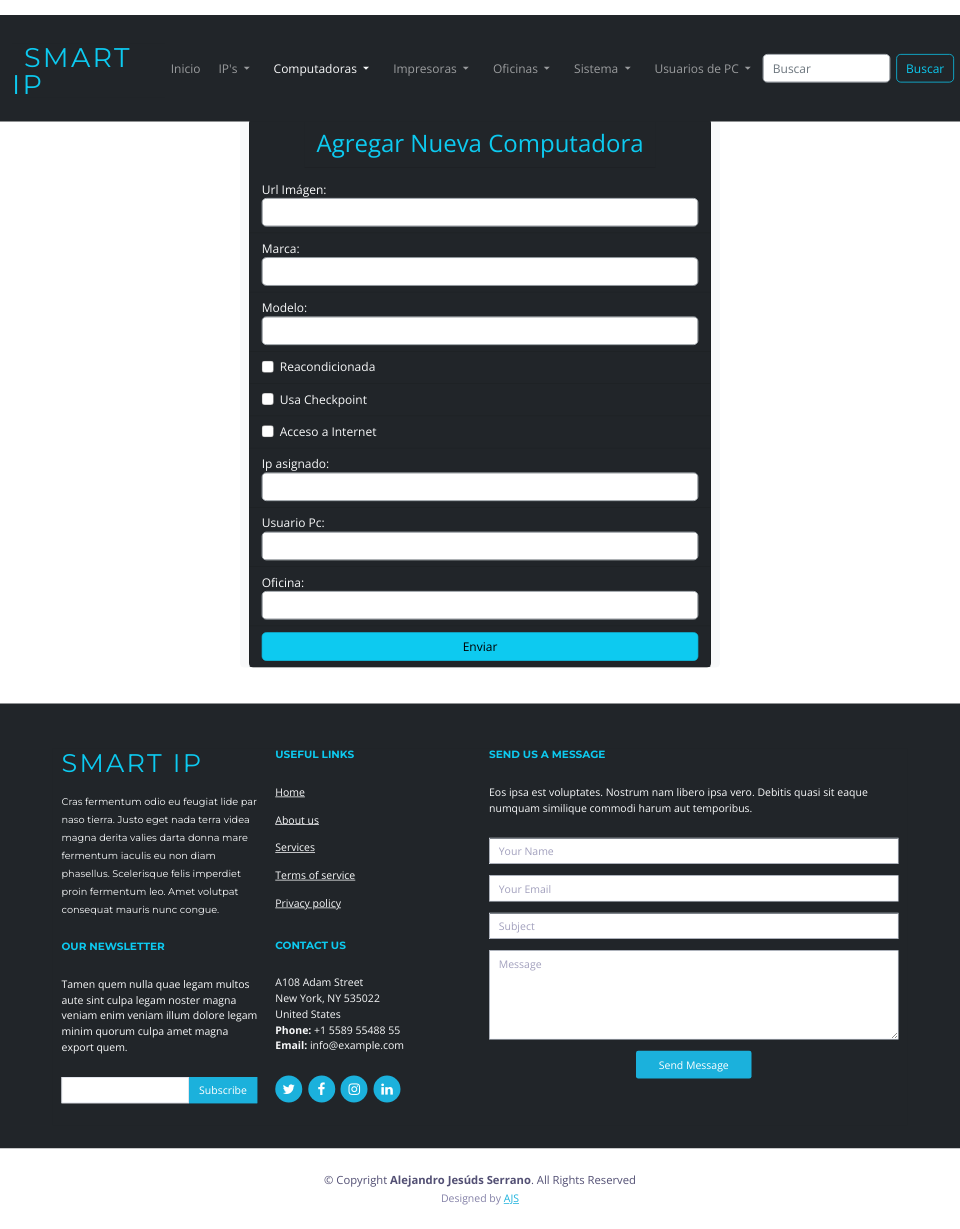
Repository: AlejandroJesusSerrano/SmartIPs
Page: smartip/smartipnav/templates/smartipnav/computer_form.html
These files come from the project's save history. The page is drawn as it stood at one moment and after the next save; the edit follows.
The browser window is 1280 px wide. The pictures show the whole page, at 75% of full size.
The page is served by the project's application, run on Django 4.2 (smartip/manage.py). Other server files are loaded and not shown. The template is opened directly, without the code that normally fills it, so the values that code supplies are empty.

Above is the page before, as saved 2022-11-14 13:32:52.

### smartip/smartipnav/templates/smartipnav/computer_form.html
{% extends 'smartipnav/base.html' %}

{% block computeractive %}
    text-light
{% endblock %}

{% block content %}
<section>
    <div class="container col-lg-6 bg-light rounded">
        <div class="card mx-auto mt-5 bg-dark style="width: 20rem;">
            <div class="card-header bg-dark text-info mx-auto">
                <p class="fs-2 my-0">Agregar Nueva Computadora</p>
            </div>
            <form id=computer_add_form action="" method="post" class="mt-2">
                {% csrf_token %}
                <ul class="list-group list-group-flush">
                    <li class="list-group-item bg-dark">
                        <label class="form-control-label text-light" for="computer_image">Url Imágen: </label>
                        <input class="form-control" type="url" name="computer_image" id="computer_image">
                    </li>
                    <li class="list-group-item bg-dark">
                        <label class="form-control-label text-light" for="computer_brand">Marca: </label>
                        <input class="form-control" type="text" name="computer_brand" id="computer_brand">
                    </li>
                    <li class="list-group-item bg-dark">
                        <label class="form-control-label text-light" for="computer_model">Modelo: </label>
                        <input class="form-control" type="text" name="computer_model" id="computer_model">
                    </li>
                    <li class="list-group-item bg-dark">
                        <div class="form-check">
                            <label class="form-check-label text-light" for="flexCheckReac">
                                Reacondicionada
                            </label>
                            <input class="form-check-input" type="checkbox" value="" id="flexCheckReac">

                        </div>
                    </li>
                    <li class="list-group-item bg-dark">
                        <div class="form-check">
                            <label class="form-check-label text-light" for="flexCheckCheck">
                                Usa Checkpoint
                            </label>
                            <input class="form-check-input textinfo" type="checkbox" value="" id="flexCheckCheck">
                        </div>
                    </li>
                    <li class="list-group-item bg-dark">
                        <div class="form-check">
                            <label class="form-check-label text-light" for="flexCheckInternet">
                                Acceso a Internet
                            </label>
                            <input class="form-check-input" type="checkbox" value="" id="flexCheckInternet">
                        </div>
                    </li>
                    <li class="list-group-item bg-dark">
                        <label class="form-control-label text-light" for="computer_ip">Ip asignado: </label>
                        <input class="form-control" type="text" name="computer_ip" id="computer_ip">
                    </li>
                    <li class="list-group-item bg-dark">
                        <label class="form-control-label text-light" for="cumputer_user">Usuario Pc: </label>
                        <input class="form-control" type="text" namr="cumputer_user" id="cumputer_user">
                    </li>
                    <li class="list-group-item bg-dark">
                        <label class="form-control-label text-light" for="cumputer_office">Oficina: </label>
                        <input class="form-control" type="text" namr="cumputer_office" id="cumputer_office">
                    </li>
                    <li class="list-group-item bg-dark px-auto">
                        <button type="submit" class="btn btn-info row mx-auto w-100">Enviar</button>
                    </li>
                  </ul>
            </form>
        </div>
    </div>
</section>
{% endblock %}

### smartip/smartip/urls.py
"""smartip URL Configuration

The `urlpatterns` list routes URLs to views. For more information please see:
    https://docs.djangoproject.com/en/4.1/topics/http/urls/
Examples:
Function views
    1. Add an import:  from my_app import views
    2. Add a URL to urlpatterns:  path('', views.home, name='home')
Class-based views
    1. Add an import:  from other_app.views import Home
    2. Add a URL to urlpatterns:  path('', Home.as_view(), name='home')
Including another URLconf
    1. Import the include() function: from django.urls import include, path
    2. Add a URL to urlpatterns:  path('blog/', include('blog.urls'))
"""
from django.contrib import admin
from django.urls import path

urlpatterns = [
    path('admin/', admin.site.urls),
]

Loaded but not shown: smartip/smartipnav/static/smartipnav/lib/font-awesome/css/font-awesome.min.css (library); smartip/smartipnav/static/smartipnav/lib/animate/animate.min.css (library); smartip/smartipnav/static/smartipnav/lib/ionicons/css/ionicons.min.css (library); smartip/smartipnav/static/smartipnav/lib/owlcarousel/assets/owl.carousel.min.css (library); smartip/smartipnav/static/smartipnav/lib/lightbox/css/lightbox.min.css (common file); smartip/smartipnav/static/smartipnav/lib/jquery/jquery.min.js (library); smartip/smartipnav/static/smartipnav/lib/jquery/jquery-migrate.min.js (library); smartip/smartipnav/static/smartipnav/lib/easing/easing.min.js (common file); smartip/smartipnav/static/smartipnav/lib/mobile-nav/mobile-nav.js (common file); smartip/smartipnav/static/smartipnav/lib/wow/wow.min.js (library); smartip/smartipnav/static/smartipnav/lib/waypoints/waypoints.min.js (library); smartip/smartipnav/static/smartipnav/lib/counterup/counterup.min.js (common file); smartip/smartipnav/static/smartipnav/lib/owlcarousel/owl.carousel.min.js (library); smartip/smartipnav/static/smartipnav/lib/isotope/isotope.pkgd.min.js (library); smartip/smartipnav/static/smartipnav/lib/lightbox/js/lightbox.min.js (library); smartip/smartipnav/static/smartipnav/js/main.js (131 lines, source omitted); smartip/smartipnav/static/smartipnav/contactform/contactform.js (118 lines, source omitted); smartip/smartipnav/static/smartipnav/css/style.css (1573 lines, source omitted); smartip/smartipnav/templates/smartipnav/base.html (283 lines, source omitted)

After the next save:
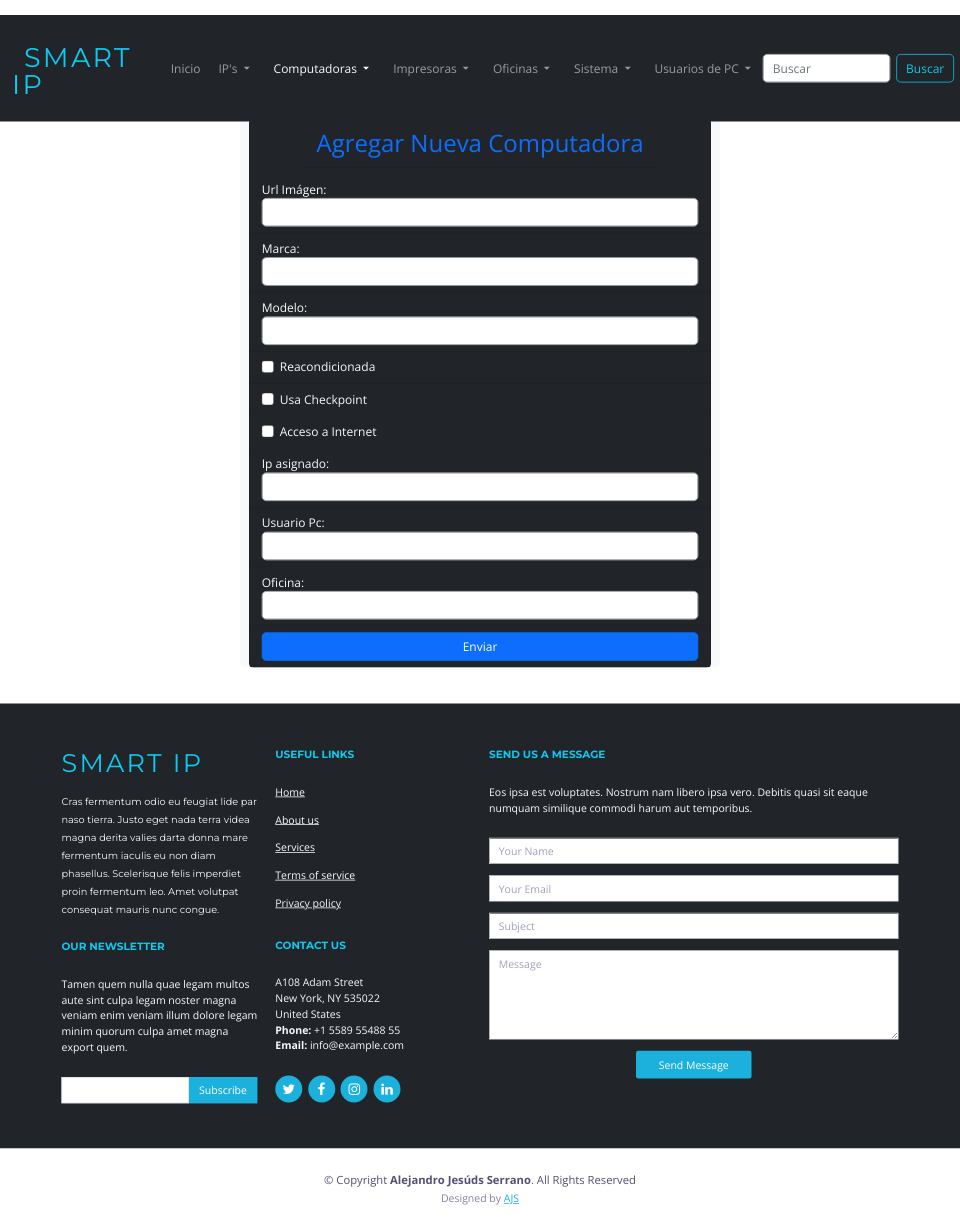
Saved 42 s later.
--- a/smartip/smartipnav/templates/smartipnav/computer_form.html
+++ b/smartip/smartipnav/templates/smartipnav/computer_form.html
@@ -8,7 +8,7 @@
 <section>
     <div class="container col-lg-6 bg-light rounded">
         <div class="card mx-auto mt-5 bg-dark style="width: 20rem;">
-            <div class="card-header bg-dark text-info mx-auto">
+            <div class="card-header bg-dark text-primary mx-auto">
                 <p class="fs-2 my-0">Agregar Nueva Computadora</p>
             </div>
             <form id=computer_add_form action="" method="post" class="mt-2">
@@ -40,7 +40,7 @@
                             <label class="form-check-label text-light" for="flexCheckCheck">
                                 Usa Checkpoint
                             </label>
-                            <input class="form-check-input textinfo" type="checkbox" value="" id="flexCheckCheck">
+                            <input class="form-check-input" type="checkbox" value="" id="flexCheckCheck">
                         </div>
                     </li>
                     <li class="list-group-item bg-dark">
@@ -64,7 +64,7 @@
                         <input class="form-control" type="text" namr="cumputer_office" id="cumputer_office">
                     </li>
                     <li class="list-group-item bg-dark px-auto">
-                        <button type="submit" class="btn btn-info row mx-auto w-100">Enviar</button>
+                        <button type="submit" class="btn btn-primary row mx-auto w-100">Enviar</button>
                     </li>
                   </ul>
             </form>

After the save that followed:
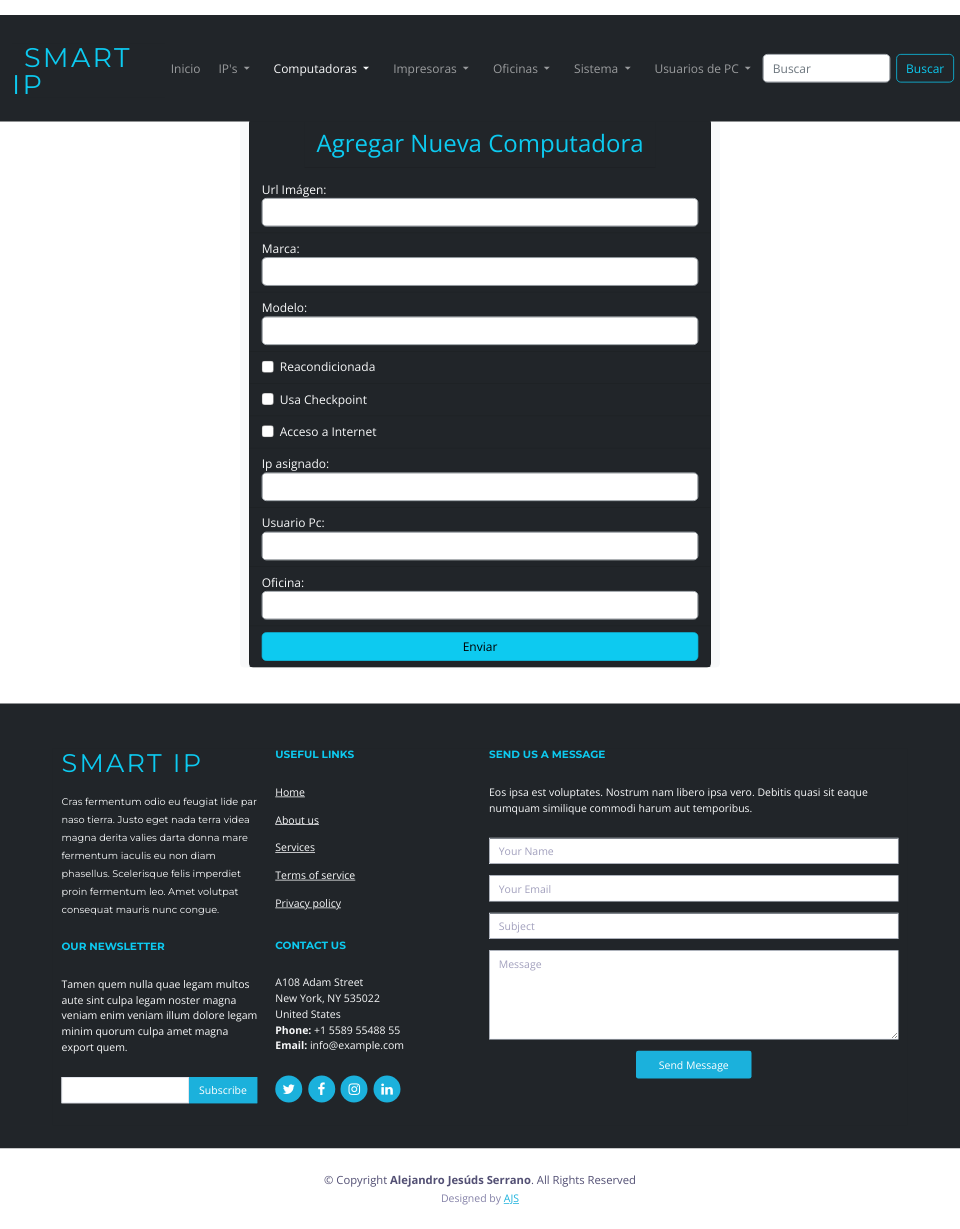
Saved 41 s later.
--- a/smartip/smartipnav/templates/smartipnav/computer_form.html
+++ b/smartip/smartipnav/templates/smartipnav/computer_form.html
@@ -8,7 +8,7 @@
 <section>
     <div class="container col-lg-6 bg-light rounded">
         <div class="card mx-auto mt-5 bg-dark style="width: 20rem;">
-            <div class="card-header bg-dark text-primary mx-auto">
+            <div class="card-header bg-dark text-info mx-auto">
                 <p class="fs-2 my-0">Agregar Nueva Computadora</p>
             </div>
             <form id=computer_add_form action="" method="post" class="mt-2">
@@ -64,7 +64,7 @@
                         <input class="form-control" type="text" namr="cumputer_office" id="cumputer_office">
                     </li>
                     <li class="list-group-item bg-dark px-auto">
-                        <button type="submit" class="btn btn-primary row mx-auto w-100">Enviar</button>
+                        <button type="submit" class="btn btn-info row mx-auto w-100">Enviar</button>
                     </li>
                   </ul>
             </form>
